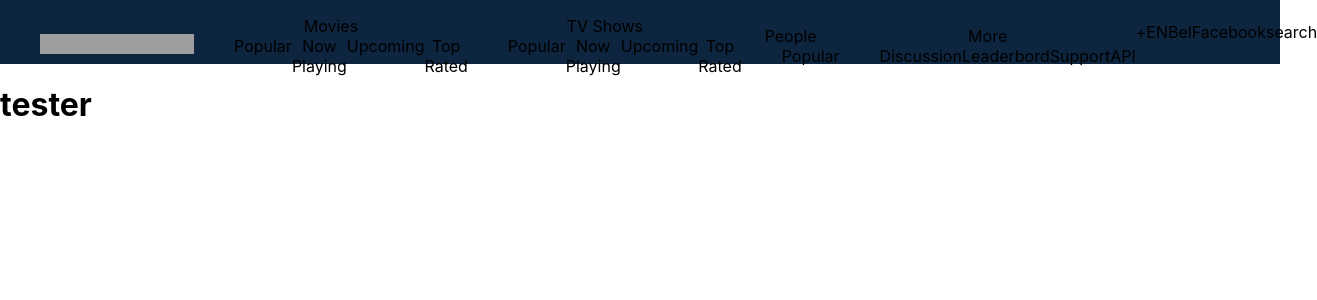
Repository: Fauzaanmhmd/qnpTesFrontend
Page: /
An editor plug-in stored every save of this project. The page is shown before and after the next save, followed by the edit.
The browser window is 1280 px wide. The page is 1317 px wide, then 1280 px, so the pictures cover 1317 px, including what lies to the right of the window. The pictures show the whole page.
Pictures or frames that could not be fetched are drawn as grey boxes. The page's requests for data from a server got no answer. The project was rebuilt for these pictures with package versions that can differ from the ones it lists, and the page was loaded fresh each time. The framework's server and built-in components were replaced by stand-ins that run in the browser. No one was signed in, and anything a server would have sent is missing. Also part of the build but not shown: next.config.js, styles/Moviecard.module.scss, pages/components/Moviecard.tsx.

Above is the page before, as saved 2022-03-17 13:18:15.

After the next save:
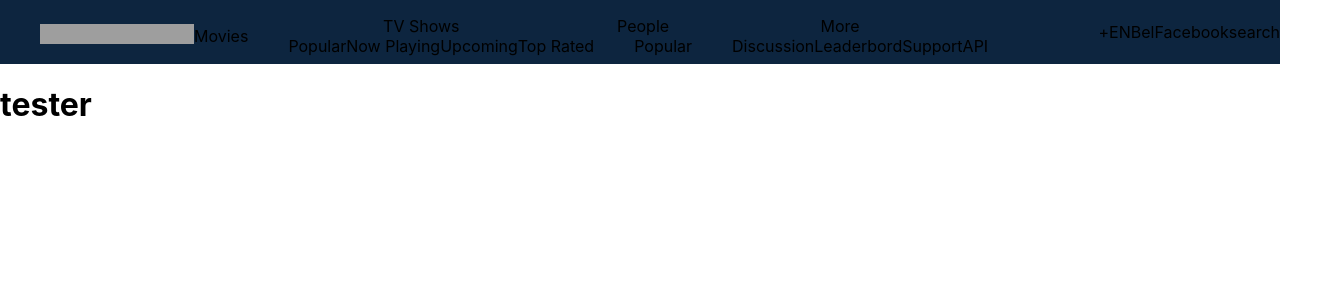
Saved 21 s later.
--- a/styles/Navbar.module.scss
+++ b/styles/Navbar.module.scss
@@ -31,3 +31,7 @@
     display: flex;
     align-items: center;
 }
+
+.Submenu {
+    display: none;
+}
